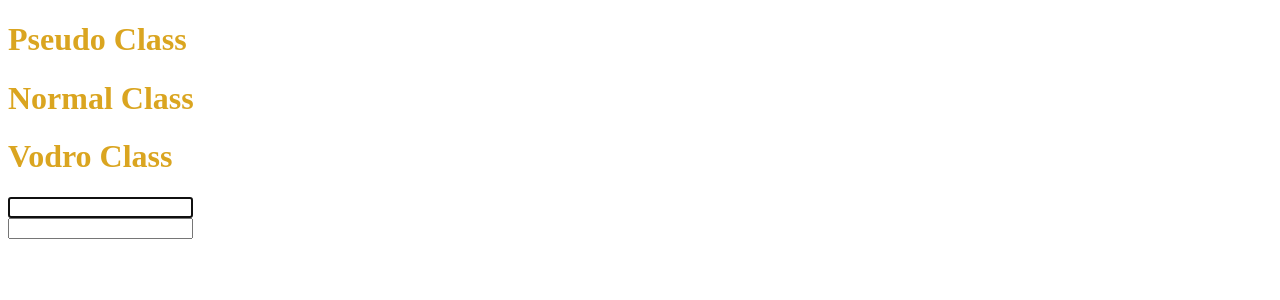
Repository: mohsinfarabi/first-website
Page: pseudo_class.html
These files come from the project's save history. The page is drawn as it stood at one moment and after the next save; the edit follows.
The browser window is 1280 px wide. The pictures show the whole page.
The first visible `input` has the focus.

Above is the page before, as saved 2020-06-29 21:56:47.

After the next save:
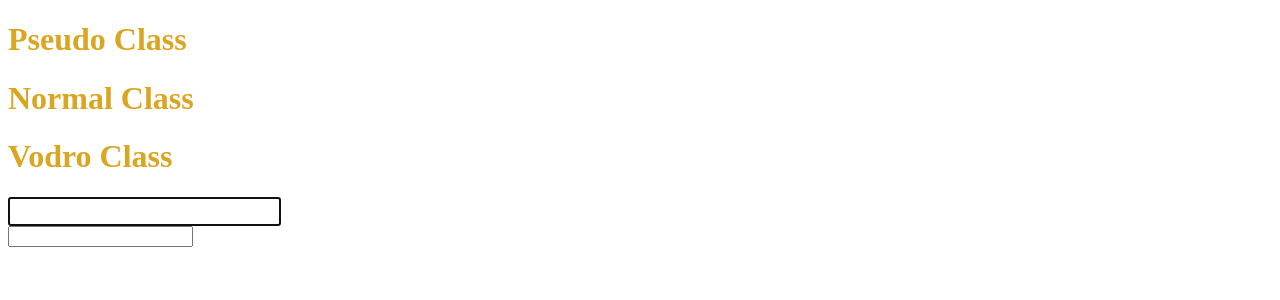
Saved 29 s later.
--- a/pseudo_class.html
+++ b/pseudo_class.html
@@ -15,6 +15,11 @@
             font-size: 60px;
             background-color: lawngreen;
         }
+
+        input:focus {
+            font-weight: 700px;
+            font-size: 20px;
+        }
     </style>
 </head>
 
